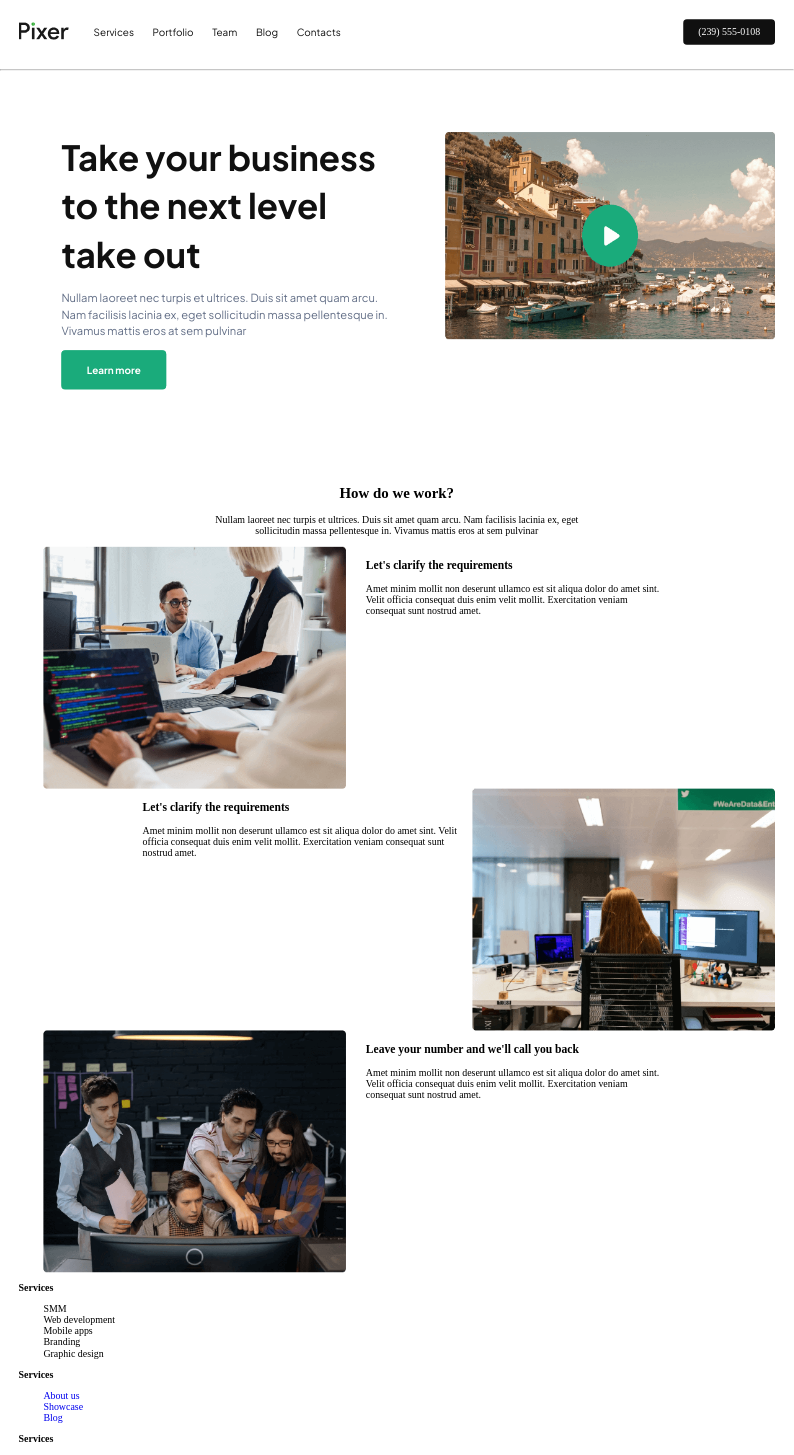
Repository: UlugbekAbdurasulov/pixar
Page: index.html
The author's editor kept a copy of each file at every save. The page is drawn from the files as they stood at one save, then again after the next save.
The browser window is 1280 px wide. The pictures show the whole page, at 62% of full size.

Above is the page before, as saved 2023-06-05 02:03:36.

After the next save:
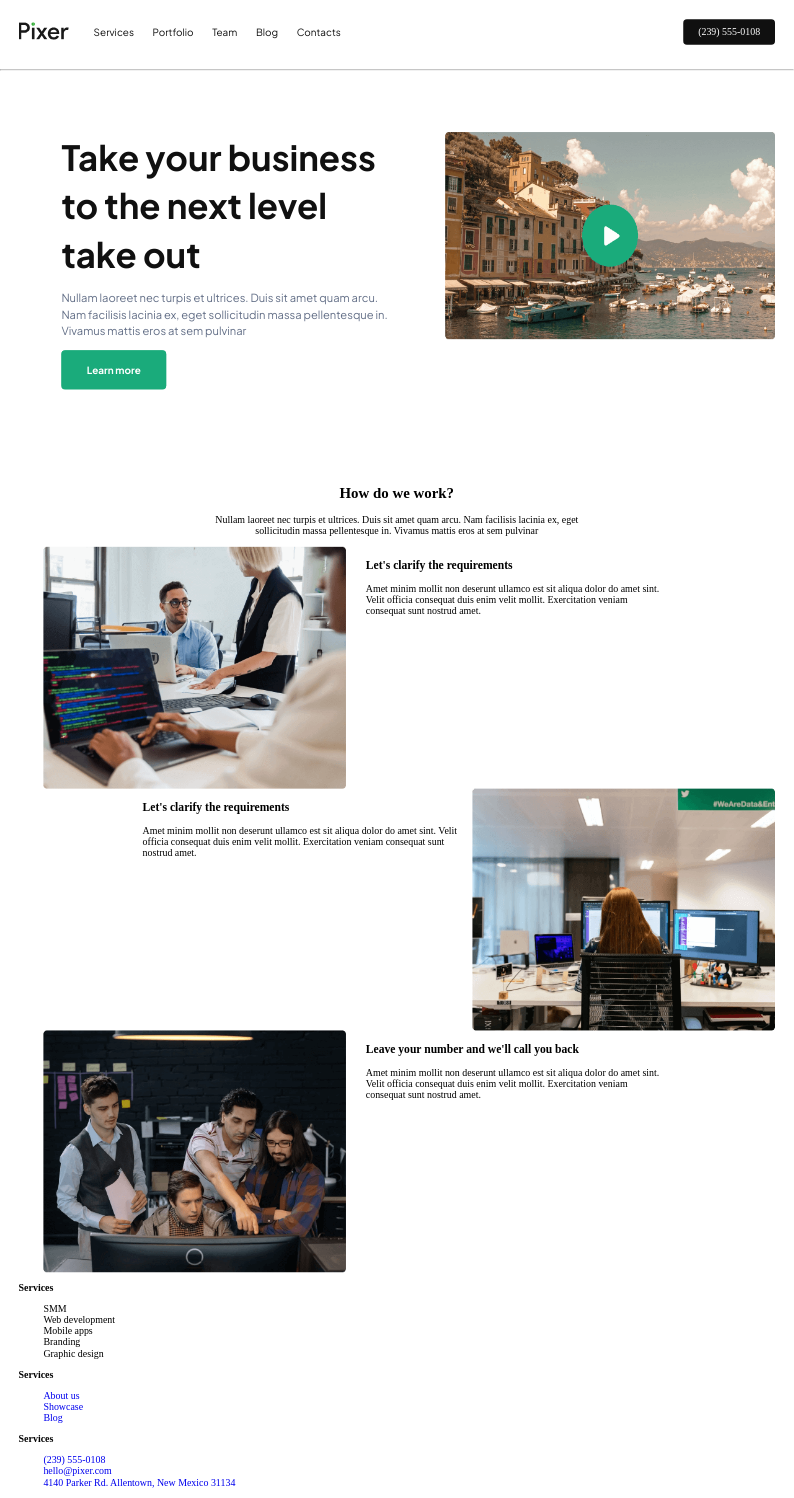
Saved 14 s later.
--- a/index.html
+++ b/index.html
@@ -117,9 +117,9 @@
           <div class="sayt-footer-start-Connect">
             <strong>Services</strong>
             <ul>
-              <li><a href="#"></a></li>
-              <li><a href="#"></a></li>
-              <li><a href="#"></a></li>
+              <li><a href="#">(239) 555-0108</a></li>
+              <li><a href="#">hello@pixer.com</a></li>
+              <li><a href="#">4140 Parker Rd. Allentown, New Mexico 31134</a></li>
 
             </ul>
 
